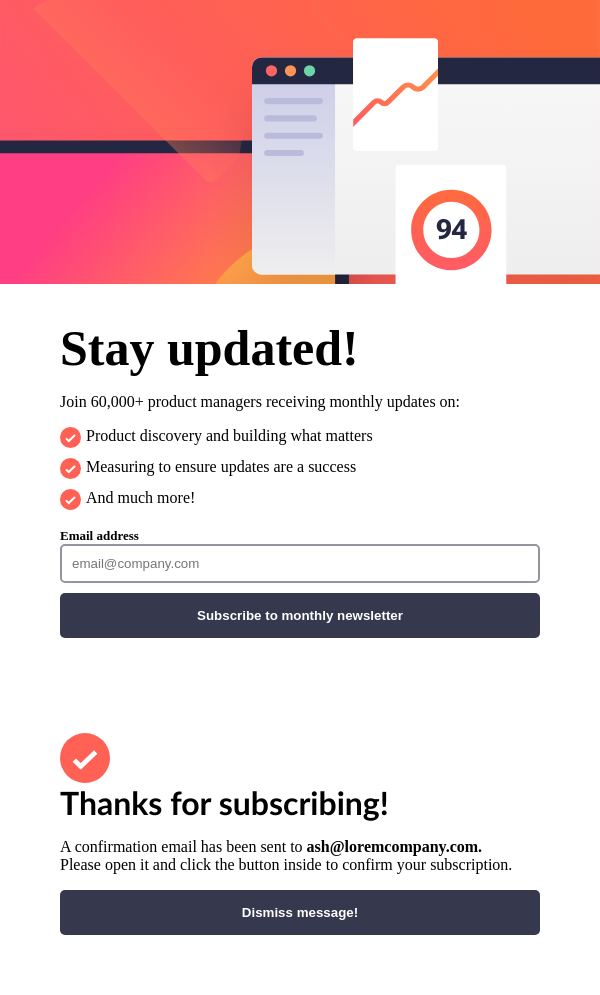
Repository: Celebration-cloud/Newsletter
Page: index.html
An editor plug-in stored every save of this project. The page is shown before and after the next save, followed by the edit.
The browser window is 600 px wide. The pictures show the whole page.

Above is the page before, as saved 2023-07-19 23:45:40.

After the next save:
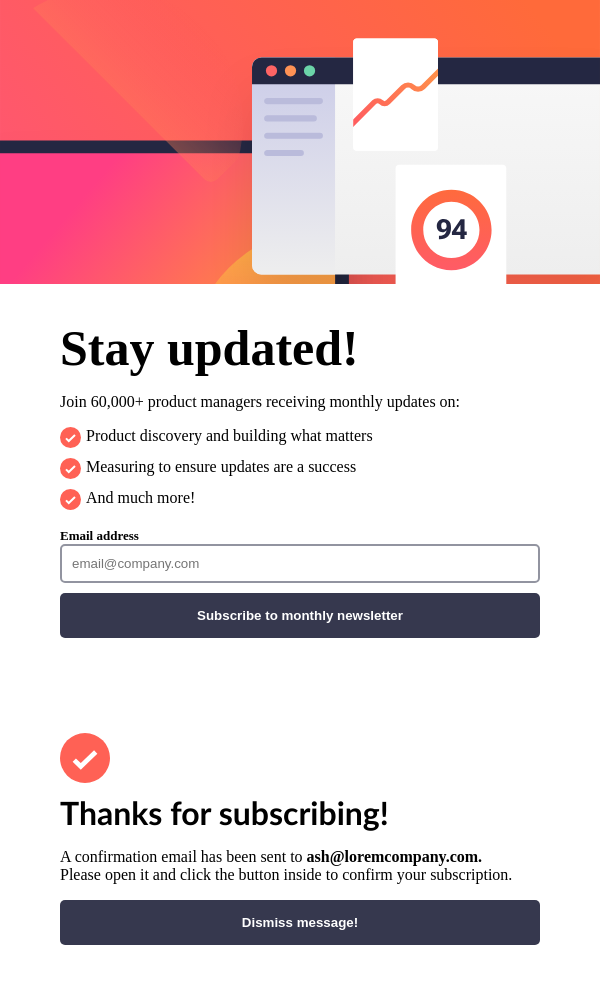
Saved 4 s later.
--- a/index.css
+++ b/index.css
@@ -136,7 +136,7 @@ button{
     }
     #success img{
         width: 50px;
-        margin-bottom: ;
+        margin-bottom: 10px;
     }
     #success h2{
         font-weight: bolder;
